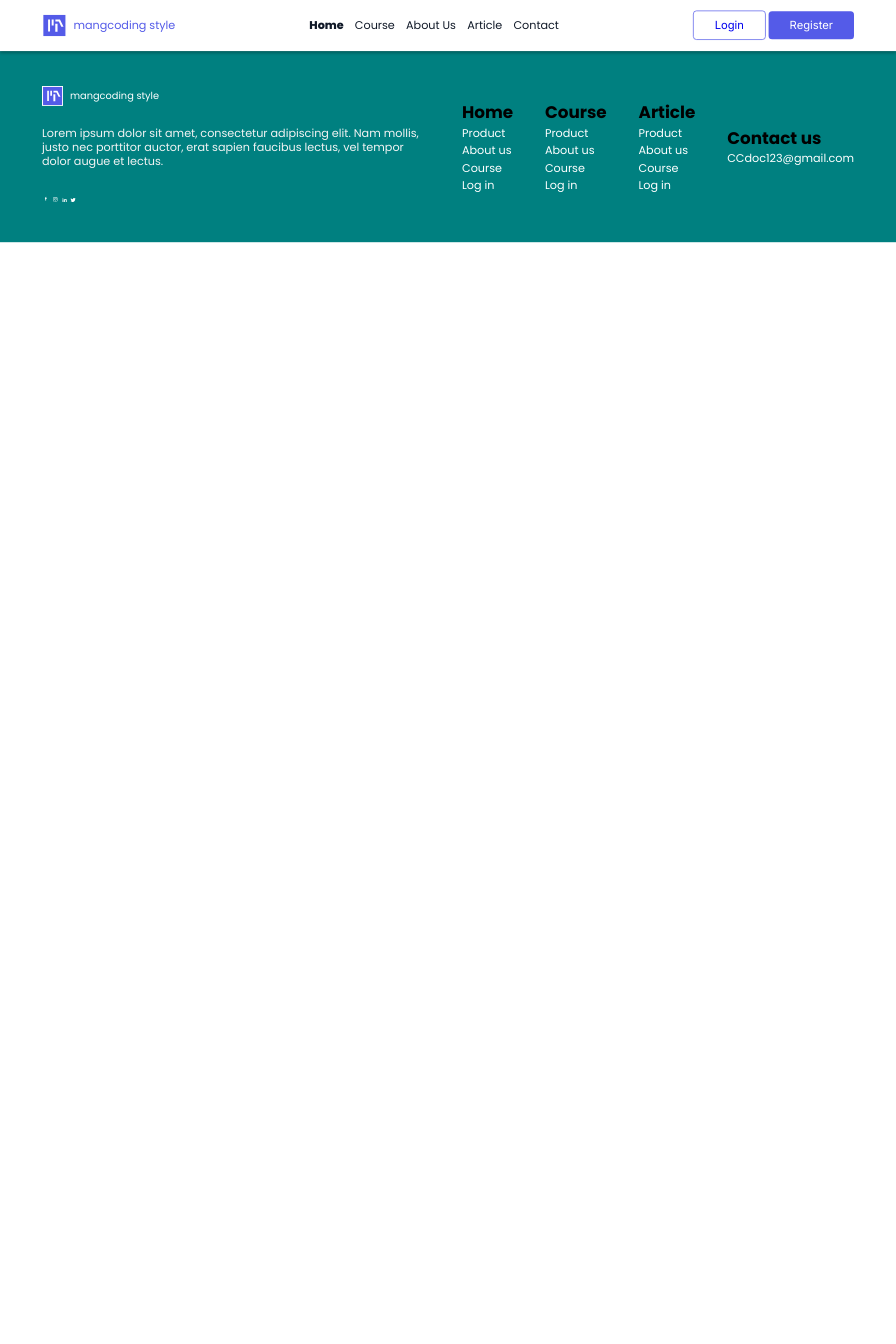
Repository: Dania-Alqam/landing-page
Page: index.html
An editor plug-in stored every save of this project. The page is shown before and after the next save, followed by the edit.
The browser window is 1280 px wide. The pictures show the part of the page from y = 0 to 1920 px (the page is 5000 px tall), at 70% of full size.

Above is the page before, as saved 2024-06-22 00:01:09.

After the next save:
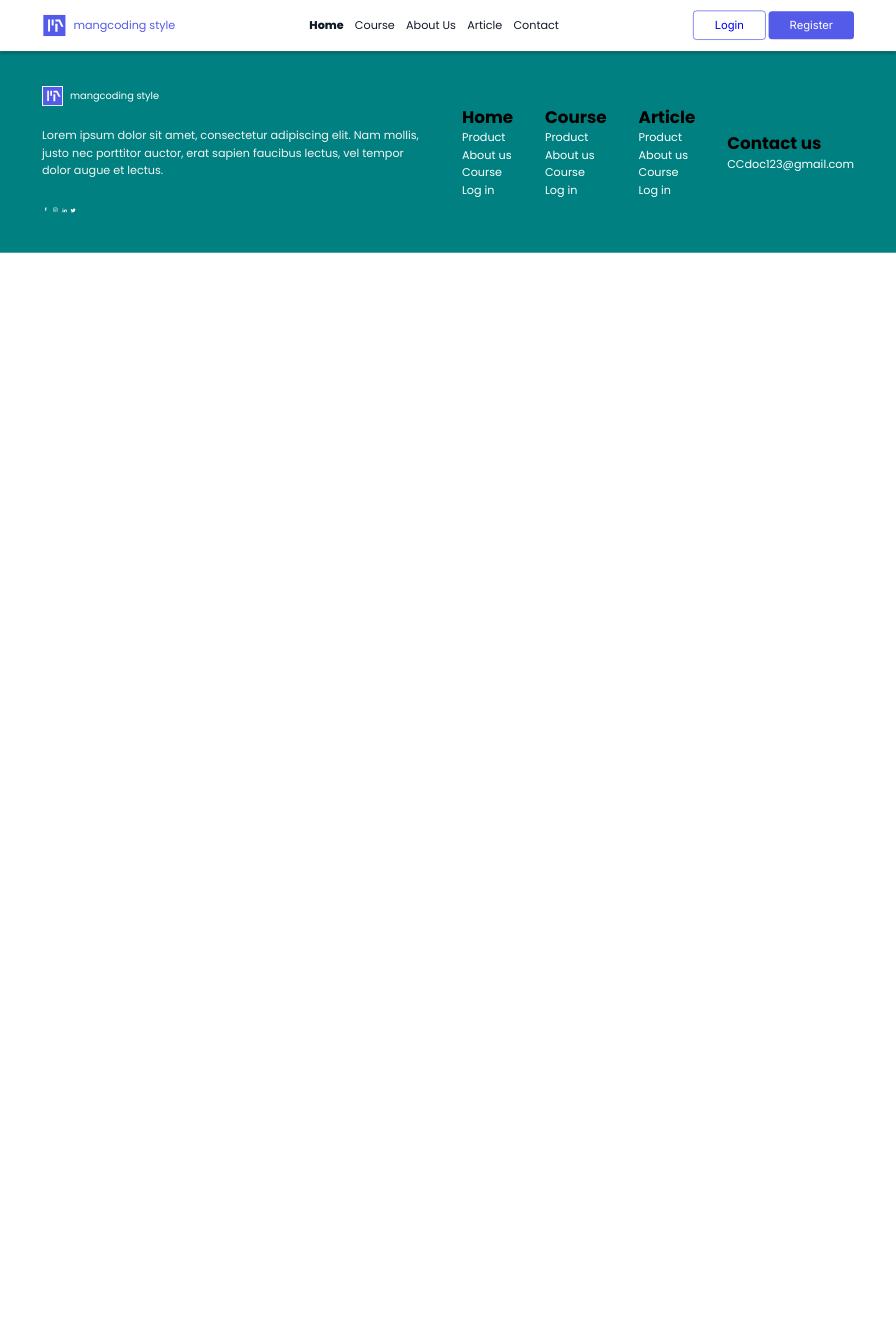
Saved 14 s later.
--- a/assests/css/main.css
+++ b/assests/css/main.css
@@ -100,6 +100,6 @@ font-weight: 800;
 }
 .footer .footer-start  p{
     color: #F4F4F4;
-    line-height: 20px;
+    line-height: 25px;
 }
 /* end footer */
